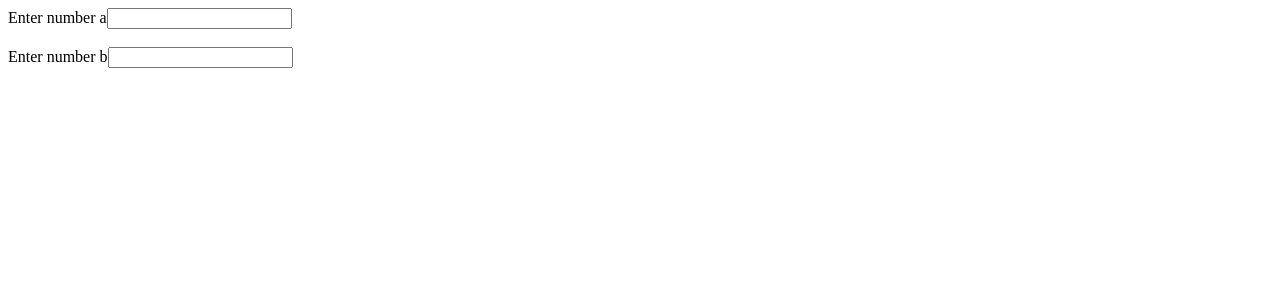
Repository: TarangPatel-Ai/J2EE
Page: WebApplication/src/main/webapp/index.html
An editor plug-in stored every save of this project. The page is shown before and after the next save, followed by the edit.
The browser window is 1280 px wide. The pictures show the whole page.

Above is the page before, as saved 2025-10-19 15:03:16.

After the next save:
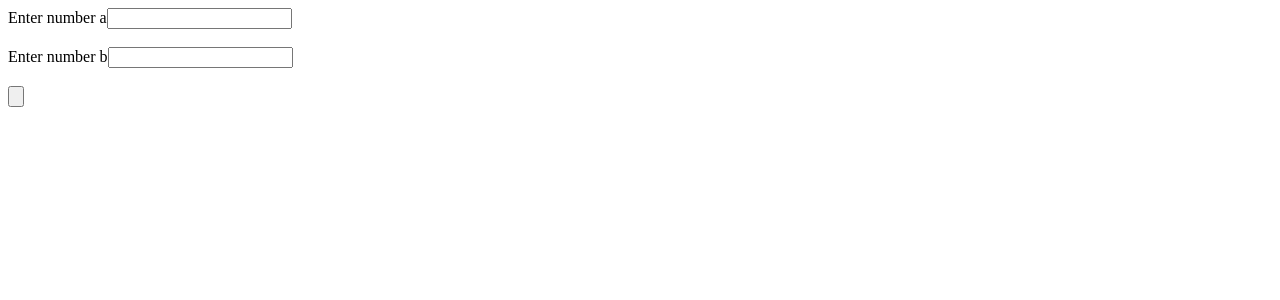
Saved 2 min 25 s later.
--- a/WebApplication/src/main/webapp/index.html
+++ b/WebApplication/src/main/webapp/index.html
@@ -8,6 +8,7 @@
 <form>
 	Enter number a<input type="text" name="noa"><br><br>
 	Enter number b<input type="text" name="nob"><br><br>
+	<input type="button" name="no"><br>
 </form>
 </body>
 </html>
